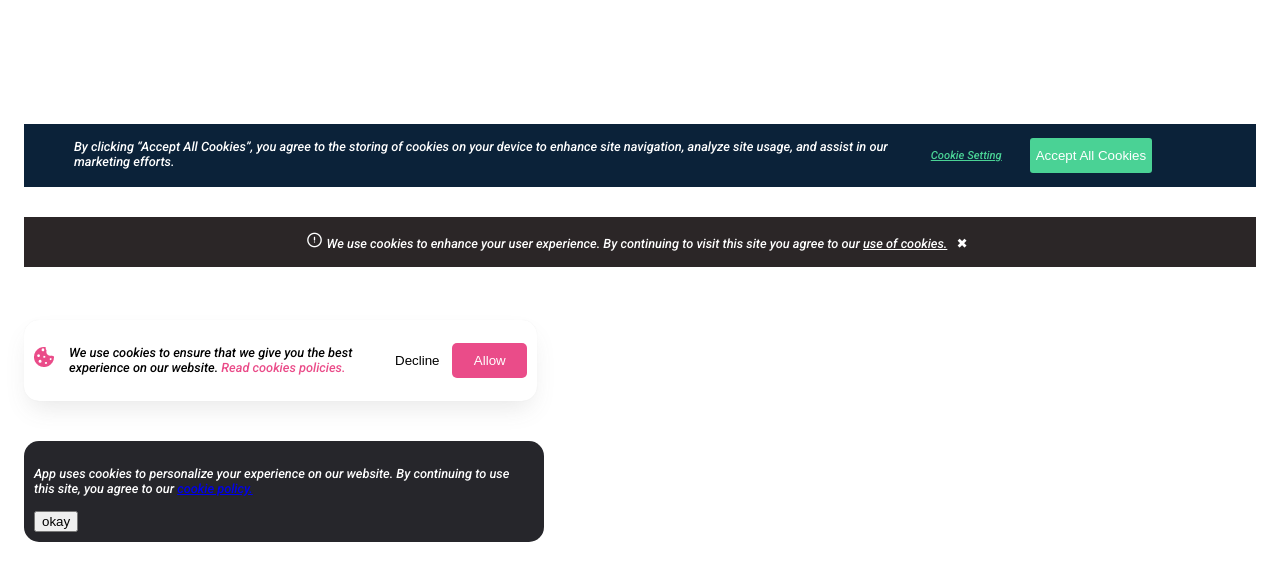
Repository: batonAnton/cursor_cookies_lectr3
Page: index.html
These files come from the project's save history. The page is drawn as it stood at one moment and after the next save; the edit follows.
The browser window is 1280 px wide. The pictures show the whole page.

Above is the page before, as saved 2022-06-01 13:14:21.

### index.html
<!DOCTYPE html>
<html lang="en">
<head>
    <meta charset="UTF-8">
    <meta http-equiv="X-UA-Compatible" content="IE=edge">
    <meta name="viewport" content="width=device-width, initial-scale=1.0">
    <link rel="preconnect" href="https://fonts.googleapis.com">
    <link rel="preconnect" href="https://fonts.gstatic.com" crossorigin>
    <link href="https://fonts.googleapis.com/css2?family=Roboto:ital,wght@1,500&display=swap" rel="stylesheet">
    <link rel="stylesheet" href="/css/style.css">
    <title>Cookie Banner</title>
</head>
<body>
    <div class="container">
        <div class="banner_1">
            <p>By clicking “Accept All Cookies”, you agree to the storing of cookies on your device to enhance site navigation, analyze site usage, and assist in our <br> marketing efforts.</p>
            <a href="#">cookie setting</a>
            <button>accept all cookies</button>
        </div>

        <div class="banner_2">
            <p> <img src="/images/exclamation mark.png" alt="mark"> We use cookies to enhance your user experience. By continuing to visit this site you agree to our <span class="under_span">use of cookies.</span>
                <button><span>&#10006</span></button>
            </div></p>
        </div>

        <div class="banner_3">
            <img src="/images/pink_cookies.png" alt="img cookies">
            <p>We use cookies to ensure that we give you the best <br> experience on our website. <a href="#">Read cookies policies.</a> </p>
            <button class="false_btn">decline</button>
            <button class="true_btn">allow</button>
        </div>

        <div class="banner_4">
            <p>App uses cookies to personalize your experience on our website. By continuing to use <br> this site, you agree to our  <a href="#">cookie policy.</a></p>
            <button>okay</button>
        </div>
    </div>
</body>
</html>

### css/style.css
body {
  margin: 124px 24px;
  font-family: "Roboto", sans-serif;
}
p {
  font-size: 0.8rem;
}

.banner_1 {
  width: 100%;
  display: inline-flex;
  background-color: #0b2239;
}

.banner_1 p {
  color: #ffffff;
  margin: 15px 15px 15px 50px;
}

.banner_1 a {
  color: #4ad295;
  margin: 25px 28px;
  font-size: 0.7rem;
  text-transform: capitalize;
}

.banner_1 button {
  color: #ffffff;
  background-color: #4ad295;
  margin: 14px 50px 0px 0px;
  height: 35px;
  text-transform: capitalize;
  border-radius: 3px;
  border: none;
  cursor: pointer;
}

.banner_2 {
  width: 100%;
  margin-top: 30px;
  background-color: #2b2627;
  display: inline-flex;
}

.banner_2 p {
  color: #ffffff;
  margin: 15px auto;
}

.banner_2 button {
  border: none;
  color: #ffffff;
  background-color: #2b2627;
}

.under_span {
  text-decoration: underline;
}

.banner_3 {
  display: inline-flex;
  margin-top: 40px;
  margin-bottom: 40px;
  border-radius: 15px;
  padding: 10px;
  background: #ffffff;
  box-shadow: 0px 12px 24px -6px rgba(96, 96, 96, 0.15),
    0px 0px 1px rgba(96, 96, 96, 0.1);
}

.banner_3 p {
  margin: 15px;
}

.banner_3 img {
  height: 20px;
  margin-top: 17px;
}

.banner_3 a {
  color: #ea4c89;
  text-decoration: none;
}

.false_btn {
  background-color: white;
  border: none;
  text-transform: capitalize;
  margin: 13px 0 13px 15px;
  height: 35px;
  width: 70px;
  cursor: pointer;
}

.true_btn {
  background-color: #ea4c89;
  border: none;
  border-radius: 5px;
  text-transform: capitalize;
  margin: 13px 0 13px 0px;
  height: 35px;
  width: 75px;
  color: #ffffff;
  cursor: pointer;
}

.banner_4 {
  background-color: #26262b;
  color: #ffffff;
  border-radius: 15px;
  padding: 10px;
  display: block;
  width: 500px;
}

.banner_4 p {
  margin: 15px auto;
}

.banner_4 button{
  display: inline-flex;

}

After the next save:
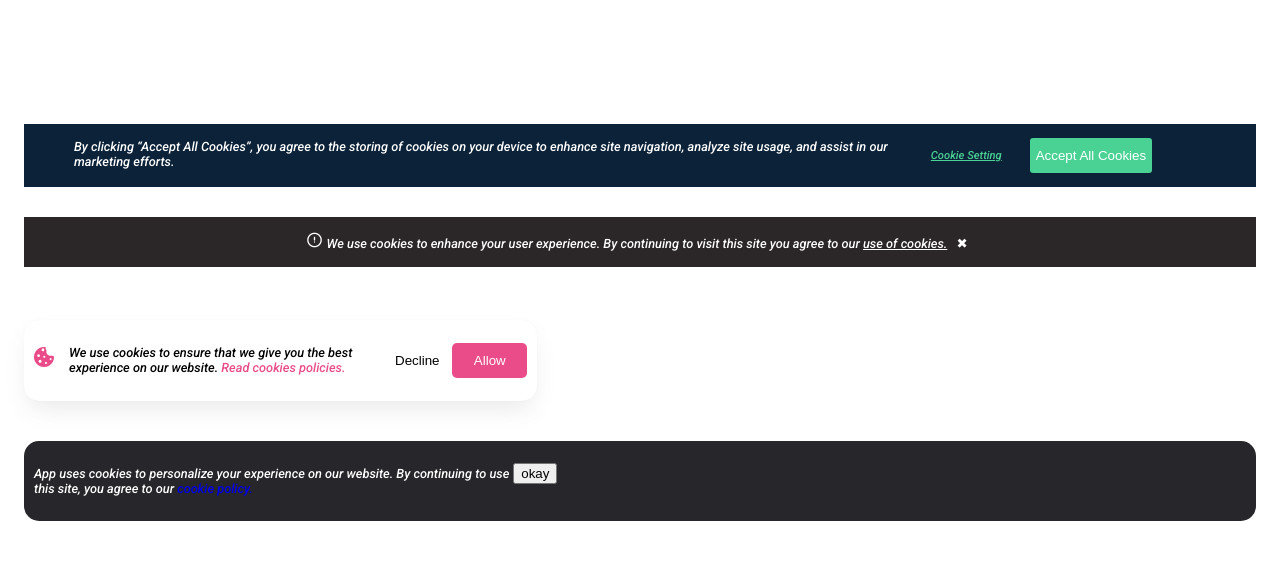
Saved 7 min 10 s later.
--- a/css/style.css
+++ b/css/style.css
@@ -110,14 +110,18 @@ p {
   border-radius: 15px;
   padding: 10px;
   display: block;
-  width: 500px;
+  /* width: 500px; */
 }
 
 .banner_4 p {
   margin: 15px auto;
+  display: inline-flex;
 }
 
-.banner_4 button{
-  display: inline-flex;
+.banner_4 a {
+  display: contents;
+}
 
+
+.banner_4 button {
 }
